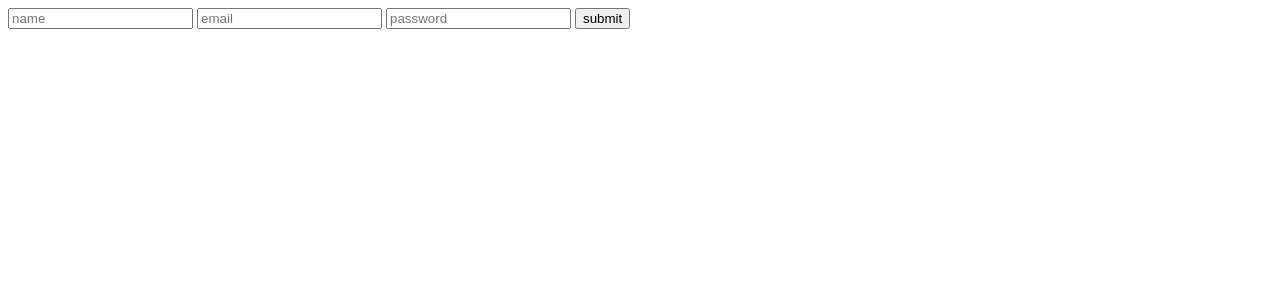
Repository: RenataDzotova/TwitterApp
Page: server/view/signup.html
An editor plug-in stored every save of this project. The page is shown before and after the next save, followed by the edit.
The browser window is 1280 px wide. The pictures show the whole page.

Above is the page before, as saved 2022-12-08 23:12:13.

After the next save:
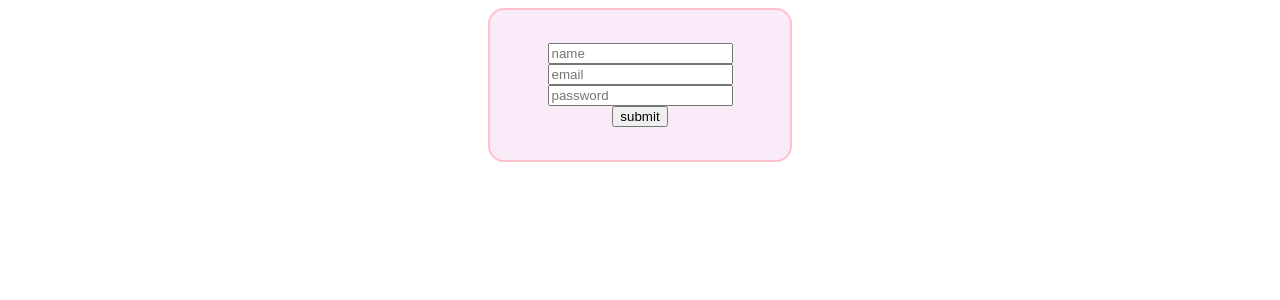
Saved 109 s later.
--- a/server/view/signup.html
+++ b/server/view/signup.html
@@ -3,13 +3,47 @@
 <head>
     <meta charset="UTF-8">
     <title>Sign Up</title>
+    <style>
+         #container {
+            display: flex;
+            align-items: center;
+            justify-content: center;
+            flex-direction: column;
+            width: 300px;
+            height: 150px;
+            color: maroon;
+            background-color: #faebf8;
+            border-radius: 16px;
+            border: 2px solid pink;
+        }
+
+        #wrapper {
+            display: flex;
+            align-items: center;
+            justify-content: center;
+            flex-direction: column;
+            width: 100%;
+            height: 100%;
+        }
+
+        form{
+            display: flex;
+            align-items: center;
+            justify-content: center;
+            flex-direction: column;
+        }
+    </style>
 </head>
 <body>
-    <form action="/signup" method="post">
-        <input type="text" name="name" placeholder="name">
-        <input type="text" name="email" placeholder="email">
-        <input type="text" name="password" placeholder="password">
-        <button type="submit">submit</button>
-    </form>
+    <div id="wrapper">
+        <div id="container">
+            <form action="/signup" method="post">
+                <input type="text" name="name" placeholder="name">
+                <input type="text" name="email" placeholder="email">
+                <input type="text" name="password" placeholder="password">
+                <button type="submit">submit</button>
+            </form>
+        </div>
+    </div>
 </body>
 </html>
